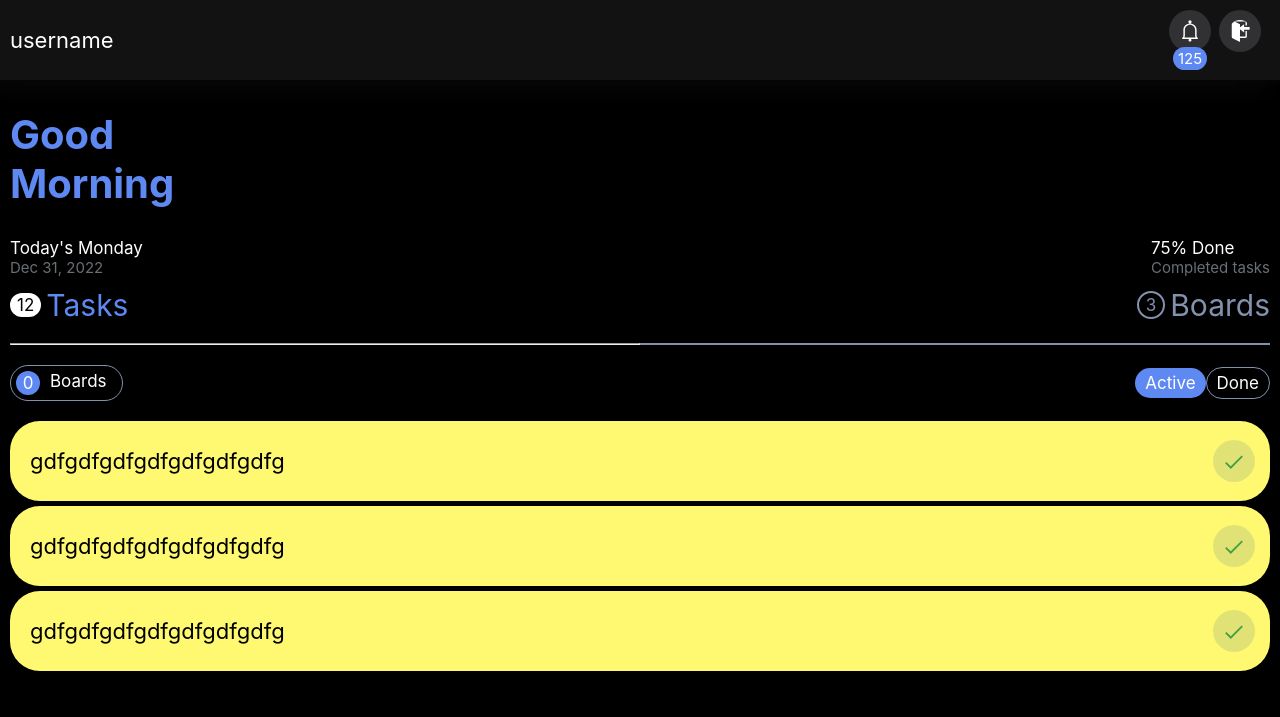
Repository: ShindanoSingi/todo-app
Page: /
An editor plug-in stored every save of this project. The page is shown before and after the next save, followed by the edit.
The browser window is 1280 px wide. The pictures show the whole page.
The project was rebuilt for these pictures with package versions that can differ from the ones it lists, and the page was loaded fresh each time. Also part of the build but not shown: src/pages/LandingPage.js.

Above is the page before, as saved 2023-01-01 19:21:32.

### src/index.css
* {
  font-size: 22px;
  margin: 0;
  padding: 0;
}

body {
  margin: 0;
  padding: 0;
  font-family: -apple-system, BlinkMacSystemFont, 'Segoe UI', 'Roboto', 'Oxygen',
    'Ubuntu', 'Cantarell', 'Fira Sans', 'Droid Sans', 'Helvetica Neue',
    sans-serif;
  -webkit-font-smoothing: antialiased;
  -moz-osx-font-smoothing: grayscale;
}

code {
  font-family: source-code-pro, Menlo, Monaco, Consolas, 'Courier New',
    monospace;
}

.signin-icon-signin-text-container {
  display: flex;
  align-items: center;
  flex-direction: column;
}

.bell-icon-bell-num-container {
  display: flex;
  flex-direction: column;
  align-items: center;
  margin-left: 20px;
}

.signin-text {
  display: none;
}

.bell-num,
.signin-text {
  font-size: 15px;
}

.bell-num {
  text-align: center;
  color: #fff;
  padding: 2px 5px;
  background-color: #5f89f2;
  border-radius: 50px;
  margin-top: -5px;
}

.bell-icon,
.signin-icon {
  color: white;
  padding: 10px;
  border-radius: 50px;
  background-color: #313133;
}

div.signin-icon-signin-text-container:hover p.signin-text {
  display: block;
}

.bell-icon-signin-container {
  display: grid;
  grid-template-columns: 60px 60px;
}

.username,
.signin-text {
  color: #fff;
}

.nav-bar {
  display: flex;
  align-items: center;
  justify-content: space-between;
  padding: 10px;
  background: #121212;
  box-shadow: -11px 11px 22px #070707, 11px -11px 22px #1d1d1d;
}

h1 {
  position: absolute;
  top: 10%;
  z-index: 1;
}

h2 {
  font-size: 40px;
  color: #5f89f2;
}

.salutation-container {
  margin-top: 30px;
  padding-left: 10px;
}

.day,
.percent,
.small-boards,
.done,
.active {
  font-size: 17px;
  color: #ffffff;
}

.date,
.completed {
  font-size: 15px;
  color: #6a6f75;
}

.day-to-percent-container {
  display: flex;
  justify-content: space-between;
  padding: 10px;
  margin-top: 20px;
}

.tasks-num {
  text-align: center;
  font-size: 17px;
  background: #ffff;
  padding: 2px 7px;
  border-radius: 50px;
  height: 20px;
}

.tasks {
  font-size: 30px;
  font-weight: light;
  color: #5f89f2;
}

.boards-num {
  font-size: 17px;
  color: #8292ad;
  border: 2px solid #8292ad;
  padding: 2px 7px;
  border-radius: 50px;
  height: 20px;
}

.big-boards {
  font-size: 30px;
  font-weight: light;
  color: #8292ad;
}

.tasks-num-tasks-container,
.boards-num-boards-container {
  display: flex;
  align-items: center;
  gap: 5px;
}

.line-tasks {
  width: 50%;
}

.line-boards {
  width: 50%;
  border: 1px solid #8292ad;
}

.line-tasks-ine-boards-container {
  display: flex;
  justify-content: space-between;
  /* margin-top: 10px; */
  padding: 0 10px;
}

.tasks-to-boards-container {
  display: flex;
  justify-content: space-between;
  padding: 0 10px;
}

.num-boards {
  font-size: 17px;
  text-align: center;
  color: #fff;
  background: #5f89f2;
  padding: 2px;
  border-radius: 50px;
  height: 20px;
  width: 20px;
}

.small-boards {
  color: #fff;
}

.num-boards-small-boards-container {
  display: flex;
  gap: 10px;
  border: 1px solid #8292ad;
  padding: 5px;
  border-radius: 50px;
  padding-right: 15px;
}

.active {
  text-align: center;
  background: #5f89f2;
  padding: 0px 10px;
  border-radius: 50px;
  padding: 5px 10px;
}

.done {
  display: flex;
  gap: 10px;
  border: 1px solid #8292ad;
  border-radius: 50px;
  padding: 5px 10px;
}

.active-done-container {
  display: flex;
  align-items: center;
}

.num-boards-to-small-boards-container {
  display: flex;
  justify-content: space-between;
  align-items: center;
  padding: 0 10px;
}

.task-title {
  word-wrap: break-word;
  padding: 5px;
  width: 80%;
}

.check-circle-icon {
  color: white;
  padding: 10px;
  border-radius: 50px;
  background: rgba(121, 141, 139, 0.21);
}

.todo-card {
  margin: 0 10px;
  padding: 15px;
  min-height: 50px;
  border-radius: 30px;
  display: flex;
  align-items: center;
  justify-content: space-between;
}

.todos-container {
  display: flex;
  flex-direction: column;
  gap: 5px;
  max-height: 250px;
  overflow-y: scroll;
}

.main {
  display: flex;
  flex-direction: column;
  gap: 20px;
}

/* Credit: Cole McCombs; */
.landing-page-wrapper {
  height: 100%;
  display: flex;
  flex-direction: column;
  align-items: center;
  justify-content: center;
}

/* Credit: Cole McCombs; */
.button {
  min-width: 150px;
  min-height: 40px;
  font-family: 'Nunito', sans-serif;
  font-size: 22px;
  text-transform: uppercase;
  letter-spacing: 1.3px;
  font-weight: 700;
  color: #313133;
  background: #37b7ff;
  background: linear-gradient(
    90deg,
    rgb(59, 123, 190) 0%,
    rgb(29, 181, 228) 100%
  );
  border: none;
  border-radius: 1000px;
  box-shadow: 12px 12px 24px rgba(28, 120, 186, 0.64);
  transition: all 0.3s ease-in-out 0s;
  cursor: pointer;
  outline: none;
  position: absolute;
  top: 85%;
  padding: 10px;
}

/* Credit: Cole McCombs; */
button::before {
  content: '';
  border-radius: 1000px;
  min-width: calc(150px + 12px);
  min-height: calc(40px + 12px);
  border: 6px solid #008cff;
  box-shadow: 0 0 60px rgba(25, 150, 233, 0.64);
  position: absolute;
  top: 50%;
  left: 50%;
  transform: translate(-50%, -50%);
  opacity: 0;
  transition: all 0.3s ease-in-out 0s;
}

/* Credit: Cole McCombs; */
.button:hover,
.button:focus {
  color: #bfbfd4;
  transform: translateY(-6px);
}

/* Credit: Cole McCombs; */
button:hover::before,
button:focus::before {
  opacity: 1;
}

/* Credit: Cole McCombs; */
button::after {
  content: '';
  width: 30px;
  height: 30px;
  border-radius: 100%;
  border: 6px solid #0f8bdd;
  position: absolute;
  z-index: -1;
  top: 50%;
  left: 50%;
  transform: translate(-50%, -50%);
  animation: ring 1.5s infinite;
}

/* Credit: Cole McCombs; */
button:hover::after,
button:focus::after {
  animation: none;
  display: none;
}

/* Credit: Cole McCombs; */
@keyframes ring {
  0% {
    width: 20px;
    height: 20px;
    opacity: 1;
  }
  100% {
    width: 150px;
    height: 150px;
    opacity: 0;
  }
}

.landing-page-image {
  position: fixed;
  width: 100%;
  height: 100%;
}

.landing-page-image {
  -webkit-animation: anim 8s infinite linear;
  animation: anim 8s infinite linear;
}

@-webkit-keyframes anim {
  from {
    -webkit-transform: rotateY(0deg);
  }
  to {
    -webkit-transform: rotateY(90deg);
  }
}

@keyframes anim {
  from {
    transform: rotateY(90deg);
  }
  to {
    transform: rotateY(0deg);
  }
}

.container {
  height: 100%;
  width: 100%;
  position: fixed;
  background-color: #000000;
}

### src/App.js
import Todos from './pages/Todos'

import LandingPage from './pages/LandingPage'

function App() {
  return (
    <div className="">
      {/* <LandingPage /> */}
      <Todos />
    </div>
  )
}

export default App

### src/pages/Todos.js
import React from 'react'
import checkbox from '../assests/check.svg'
import { RxBell } from 'react-icons/rx'
import { GoSignIn } from 'react-icons/go'
import { FcCheckmark } from 'react-icons/fc'

function Todos() {
    let color = "#FEF970"
    return (
        <div className='container'>
            <div className='todos-wrapper'>
                <nav className='nav-bar'>
                    <p className='username'>username</p>
                    <div className='bell-icon-signin-container'>
                        <div className='bell-icon-bell-num-container'>
                            <RxBell className='bell-icon' />
                            <p className='bell-num'>125</p>
                        </div>
                        <div className='signin-icon-signin-text-container'>
                            <GoSignIn className='signin-icon' />
                            <p className='signin-text'>Sign In</p>
                        </div>

                    </div>
                </nav>
                <div className='salutation-container'>
                    <h2 className='good-text'>Good</h2>
                    <h2 className='morning-text'>Morning</h2>
                </div>

                <div className='day-to-percent-container'>
                    <div className='day-date-container'>
                        <p className='day'>Today's Monday</p>
                        <p className='date'>Dec 31, 2022</p>
                    </div>
                    <div className='percent-completed-container'>
                        <p className='percent'>75% Done</p>
                        <p className='completed'>Completed tasks</p>
                    </div>
                </div>
                <main className='main'>
                    <div className='tasks-to-boards-container'>
                        <div className='tasks-num-tasks-container'>
                            <p className='tasks-num'>12</p>
                            <p className='tasks'>Tasks</p>
                        </div>
                        <div className='boards-num-boards-container'>
                            <p className='boards-num'>3</p>
                            <p className='big-boards'>Boards</p>
                        </div>
                    </div>
                    <div className='line-tasks-ine-boards-container'>
                        <hr className='line-tasks' />
                        <hr className='line-boards' />
                    </div>

                    <div className='num-boards-to-small-boards-container'>
                        <div className='num-boards-small-boards-container'>
                            <p className='num-boards'>0</p>
                            <p className='small-boards'>Boards</p>
                        </div>
                        <div className='active-done-container'>
                            <p className='active'>Active</p>
                            <p className='done'>Done</p>
                        </div>
                    </div>
                    <div className='todos-container'>
                        <div className='todo-card' style={{ backgroundColor: color }}>
                            <p className='task-title'>gdfgdfgdfgdfgdfgdfgdfg</p>
                            < FcCheckmark className='check-circle-icon' />
                        </div>
                        <div className='todo-card' style={{ backgroundColor: color }}>
                            <p className='task-title'>gdfgdfgdfgdfgdfgdfgdfg</p>
                            < FcCheckmark className='check-circle-icon' />
                        </div>
                        <div className='todo-card' style={{ backgroundColor: color }}>
                            <p className='task-title'>gdfgdfgdfgdfgdfgdfgdfg</p>
                            < FcCheckmark className='check-circle-icon' />
                        </div>
                        <div className='todo-card' style={{ backgroundColor: color }}>
                            <p className='task-title'>gdfgdfgdfgdfgdfgdfgdfg</p>
                            < FcCheckmark className='check-circle-icon' />
                        </div>
                        <div className='todo-card' style={{ backgroundColor: color }}>
                            <p className='task-title'>gdfgdfgdfgdfgdfgdfgdfg</p>
                            < FcCheckmark className='check-circle-icon' />
                        </div>
                        <div className='todo-card' style={{ backgroundColor: color }}>
                            <p className='task-title'>gdfgdfgdfgdfgdfgdfgdfg</p>
                            < FcCheckmark className='check-circle-icon' />
                        </div>
                        <div className='todo-card' style={{ backgroundColor: color }}>
                            <p className='task-title'>gdfgdfgdfgdfgdfgdfgdfg</p>
                            < FcCheckmark className='check-circle-icon' />
                        </div>
                        <div className='todo-card' style={{ backgroundColor: color }}>
                            <p className='task-title'>gdfgdfgdfgdfgdfgdfgdfg</p>
                            < FcCheckmark className='check-circle-icon' />
                        </div>
                        <div className='todo-card' style={{ backgroundColor: color }}>
                            <p className='task-title'>gdfgdfgdfgdfgdfgdfgdfg</p>
                            < FcCheckmark className='check-circle-icon' />
                        </div>
                        <div className='todo-card' style={{ backgroundColor: color }}>
                            <p className='task-title'>gdfgdfgdfgdfgdfgdfgdfg</p>
                            < FcCheckmark className='check-circle-icon' />
                        </div>
                        <div className='todo-card' style={{ backgroundColor: color }}>
                            <p className='task-title'>gdfgdfgdfgdfgdfgdfgdfg</p>
                            < FcCheckmark className='check-circle-icon' />
                        </div>
                        <div className='todo-card' style={{ backgroundColor: color }}>
                            <p className='task-title'>gdfgdfgdfgdfgdfgdfgdfg</p>
                            < FcCheckmark className='check-circle-icon' />
                        </div>
                        <div className='todo-card' style={{ backgroundColor: color }}>
                            <p className='task-title'>gdfgdfgdfgdfgdfgdfgdfg</p>
                            < FcCheckmark className='check-circle-icon' />
                        </div>
                        <div className='todo-card' style={{ backgroundColor: color }}>
                            <p className='task-title'>gdfgdfgdfgdfgdfgdfgdfg</p>
                            < FcCheckmark className='check-circle-icon' />
                        </div>
                        <div className='todo-card' style={{ backgroundColor: color }}>
                            <p className='task-title'>gdfgdfgdfgdfgdfgdfgdfg</p>
                            < FcCheckmark className='check-circle-icon' />
                        </div>
                        <div className='todo-card' style={{ backgroundColor: color }}>
                            <p className='task-title'>gdfgdfgdfgdfgdfgdfgdfg</p>
                            < FcCheckmark className='check-circle-icon' />
                        </div>
                        <div className='todo-card' style={{ backgroundColor: color }}>
                            <p className='task-title'>gdfgdfgdfgdfgdfgdfgdfg</p>
                            < FcCheckmark className='check-circle-icon' />
                        </div>
                        <div className='todo-card' style={{ backgroundColor: color }}>
                            <p className='task-title'>gdfgdfgdfgdfgdfgdfgdfg</p>
                            < FcCheckmark className='check-circle-icon' />
                        </div>
                        <div className='todo-card' style={{ backgroundColor: color }}>
                            <p className='task-title'>gdfgdfgdfgdfgdfgdfgdfg</p>
                            < FcCheckmark className='check-circle-icon' />
                        </div>
                        <div className='todo-card' style={{ backgroundColor: color }}>
                            <p className='task-title'>gdfgdfgdfgdfgdfgdfgdfg</p>
                            < FcCheckmark className='check-circle-icon' />
                        </div>
                        <div className='todo-card' style={{ backgroundColor: color }}>
                            <p className='task-title'>gdfgdfgdfgdfgdfgdfgdfg</p>
                            < FcCheckmark className='check-circle-icon' />
                        </div>
                        <div className='todo-card' style={{ backgroundColor: color }}>
                            <p className='task-title'>gdfgdfgdfgdfgdfgdfgdfg</p>
                            < FcCheckmark className='check-circle-icon' />
                        </div>

                    </div>

                </main>
            </div>
        </div>
    )
}

export default Todos

Loaded but not shown: public/index.html (common file); src/index.js (common file); src/reportWebVitals.js (common file)

After the next save:
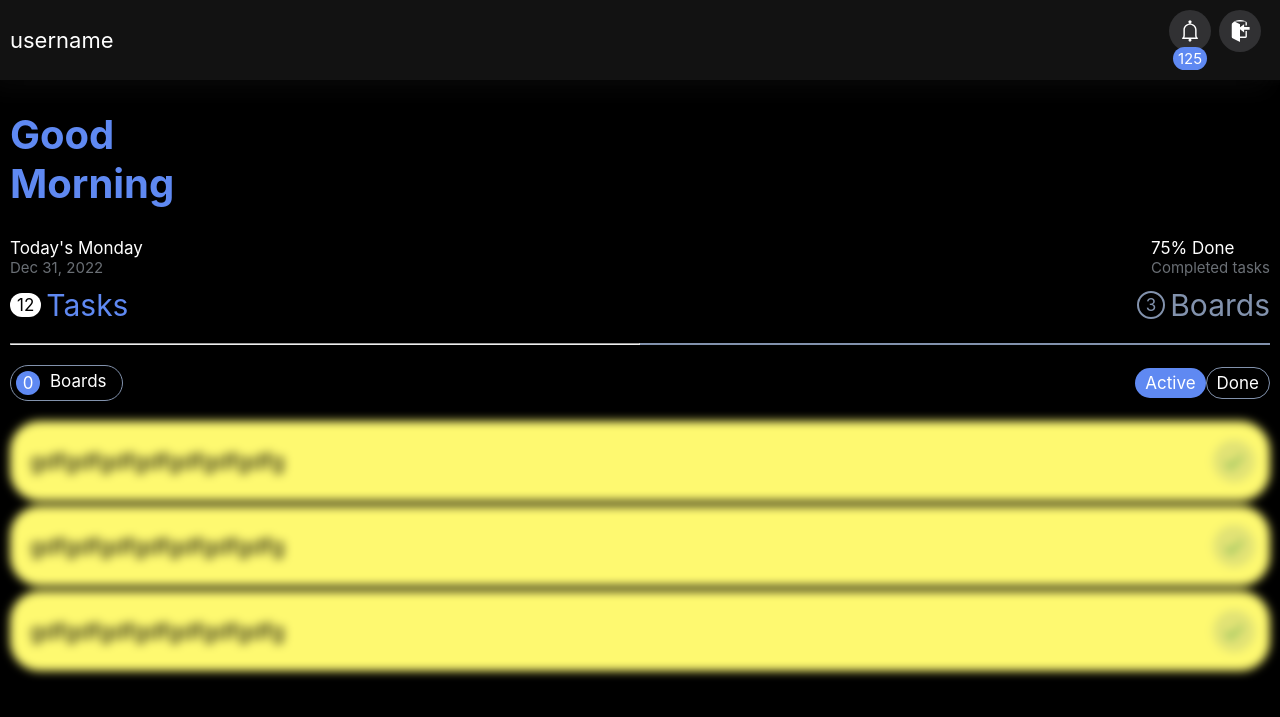
Saved 66 s later.
--- a/src/index.css
+++ b/src/index.css
@@ -259,6 +259,7 @@
   gap: 5px;
   max-height: 250px;
   overflow-y: scroll;
+  filter: blur(5px);
 }
 
 .main {

After the save that followed:
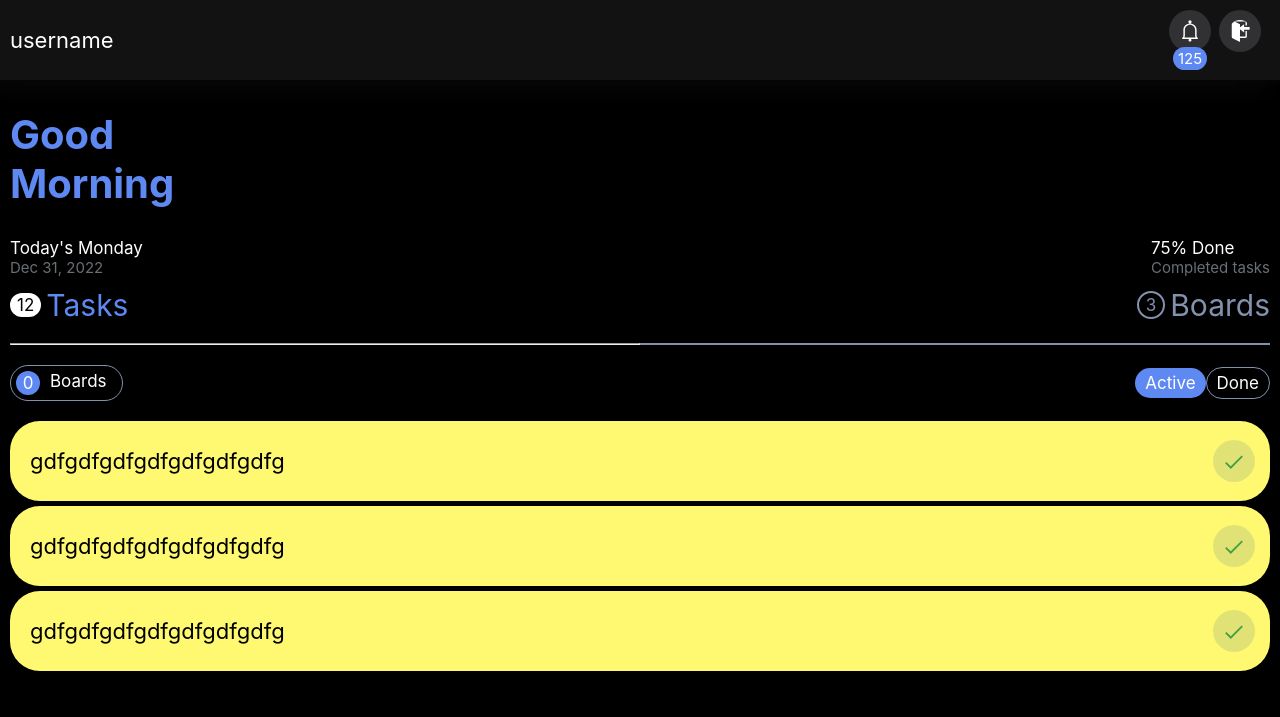
Saved 55 s later.
--- a/src/index.css
+++ b/src/index.css
@@ -259,7 +259,7 @@
   gap: 5px;
   max-height: 250px;
   overflow-y: scroll;
-  filter: blur(5px);
+  box-shadow: 10px 0;
 }
 
 .main {
